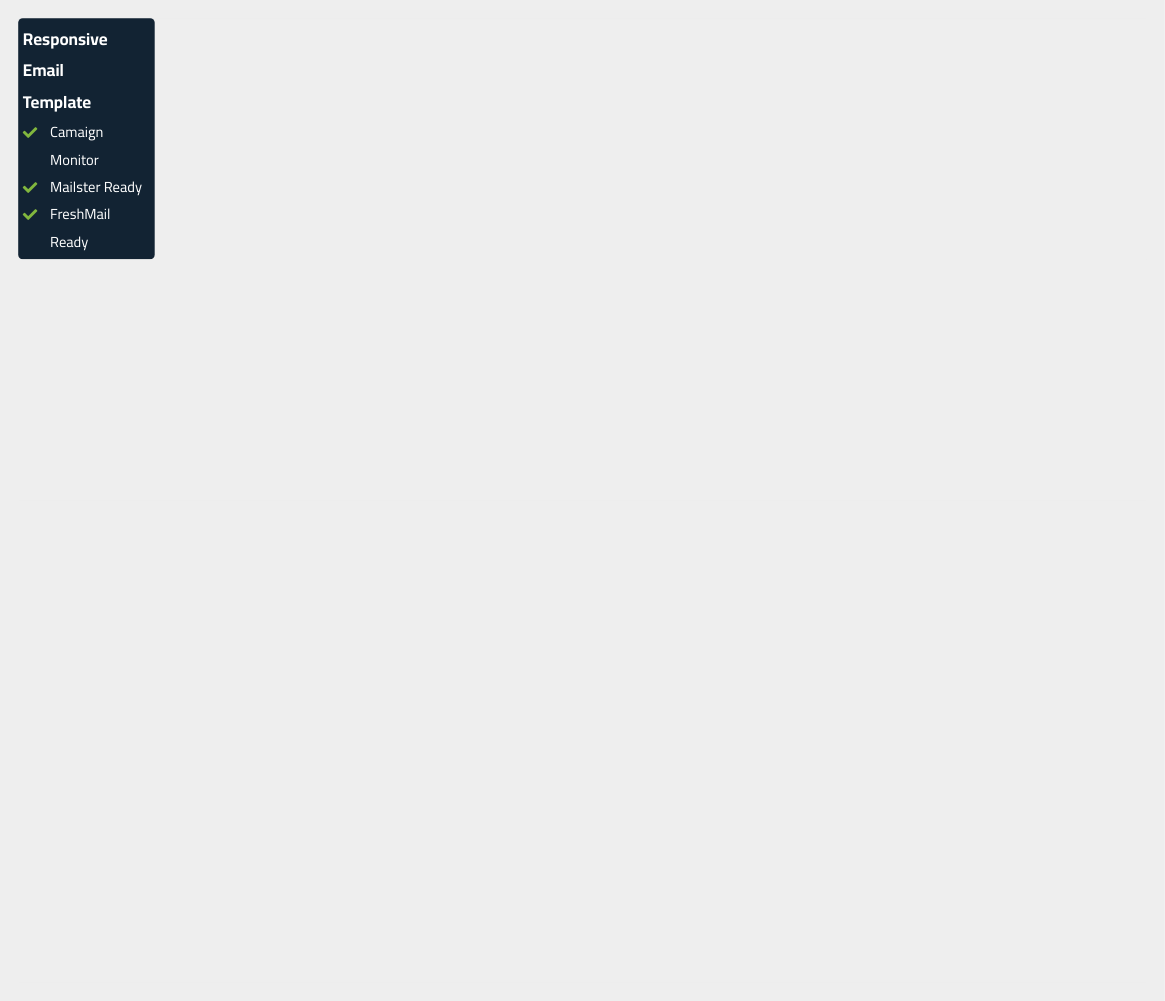
Repository: Z-ayat/Challenges
Page: Challenge 3/index.html
The author's editor kept a copy of each file at every save. The page is drawn from the files as they stood at one save, then again after the next save.
The browser window is 1280 px wide. The pictures show the whole page, at 91% of full size.

Above is the page before, as saved 2021-09-03 23:29:54.

### Challenge 3/index.html
<!DOCTYPE html>
<html lang="en">

<head>
    <meta charset="UTF-8">
    <title>Responsive Mail</title>
    <link rel="stylesheet" href="styling/css/master.css">
    <link rel="stylesheet" href="styling/css/all.min.css">
    <link rel="preconnect" href="https://fonts.googleapis.com">
    <link rel="preconnect" href="https://fonts.gstatic.com" crossorigin>
    <link href="https://fonts.googleapis.com/css2?family=Cairo:wght@400;600;700;900&display=swap" rel="stylesheet">
</head>

<body>
    <div class="layout">
        <div class="header">
            <div class="pop">
                <h3>Responsive Email Template</h3>
                <p class="green-right">Camaign Monitor</p>
                <p class="green-right">Mailster Ready</p>
                <p class="green-right">FreshMail Ready</p>
            </div>
        </div>
        <div class="nthere">
            <div class="bord"></div>
        </div>
        <div class="cards">
            <div class="one"></div>
            <div class="two"></div>
            <div class="three"></div>
        </div>
        <div class="foot"><img src="" alt=""></div>
    </div>
</body>

</html>

### Challenge 3/styling/css/master.css
* {
    padding: 0;
    margin: 0;
    box-sizing: border-box;
}

:root {
    --maincolor: #122333;
    --secondrycolor: #ED4C21;
    --fontcolor: white;
    /* --anothercolor:; */
    --mainfont: 'Cairo', sans-serif;
}

.layout {
    padding: 20px;
    display: grid;
    grid-template-rows: repeat(4, 1fr);
}

div {
    background-color: #eee;
}

h3 {
    width: 40px;
    font-family: var(--mainfont);
    color: var(--fontcolor);
}

.green-right {
    position: relative;
    margin-left: 30px;
    color: var(--fontcolor);
    font-family: var(--mainfont);
}

.pop {
    border-radius: 5px;
    padding: 5px;
    /* padding-left: 70px; */
    width: 150px;
    background-color: var(--maincolor);
    -webkit-border-radius: 5px;
    -moz-border-radius: 5px;
    -ms-border-radius: 5px;
    -o-border-radius: 5px;
}

.green-right::before {
    position: absolute;
    top: 8px;
    display: block;
    left: -30px;
    float: left;
    color: #81B73E;
    font-family: "Font Awesome 5 Free";
    font-weight: 900;
    content: "\f00c";
}

Loaded but not shown: Challenge 3/styling/css/all.min.css (library)

After the next save:
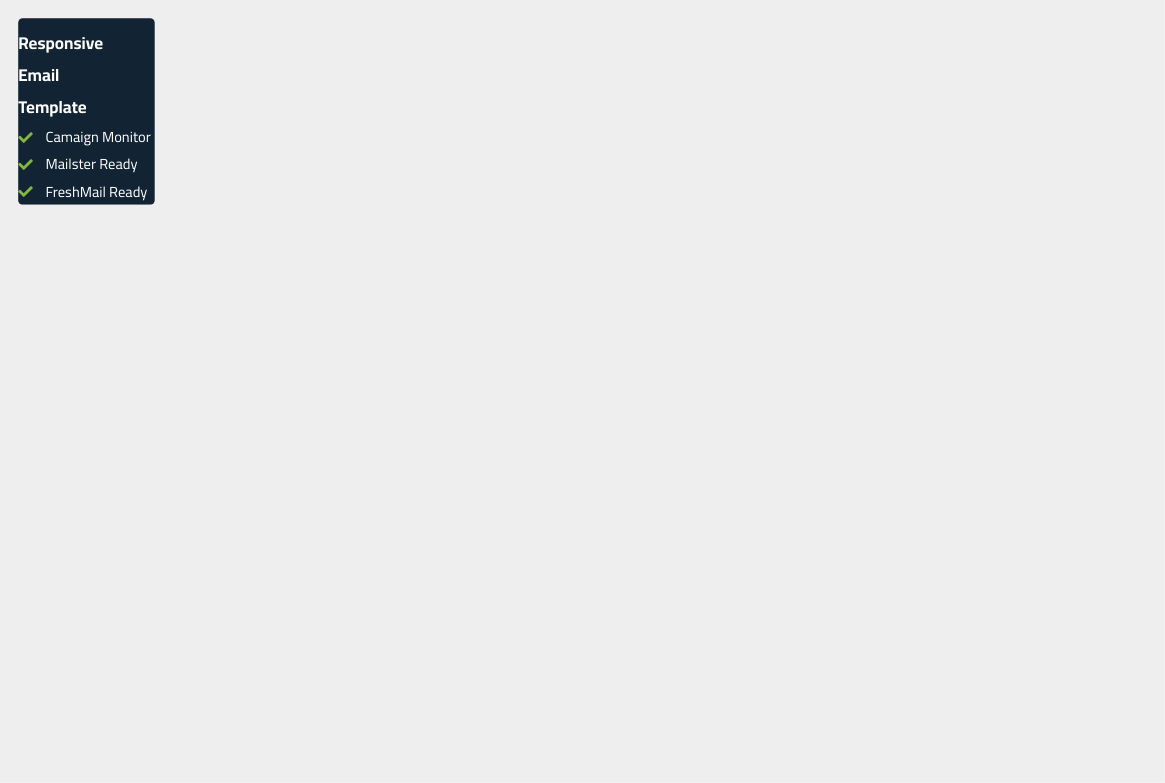
Saved 18 s later.
--- a/Challenge 3/styling/css/master.css
+++ b/Challenge 3/styling/css/master.css
@@ -37,8 +37,7 @@ h3 {
 
 .pop {
     border-radius: 5px;
-    padding: 5px;
-    /* padding-left: 70px; */
+    padding-top: 10px;
     width: 150px;
     background-color: var(--maincolor);
     -webkit-border-radius: 5px;
